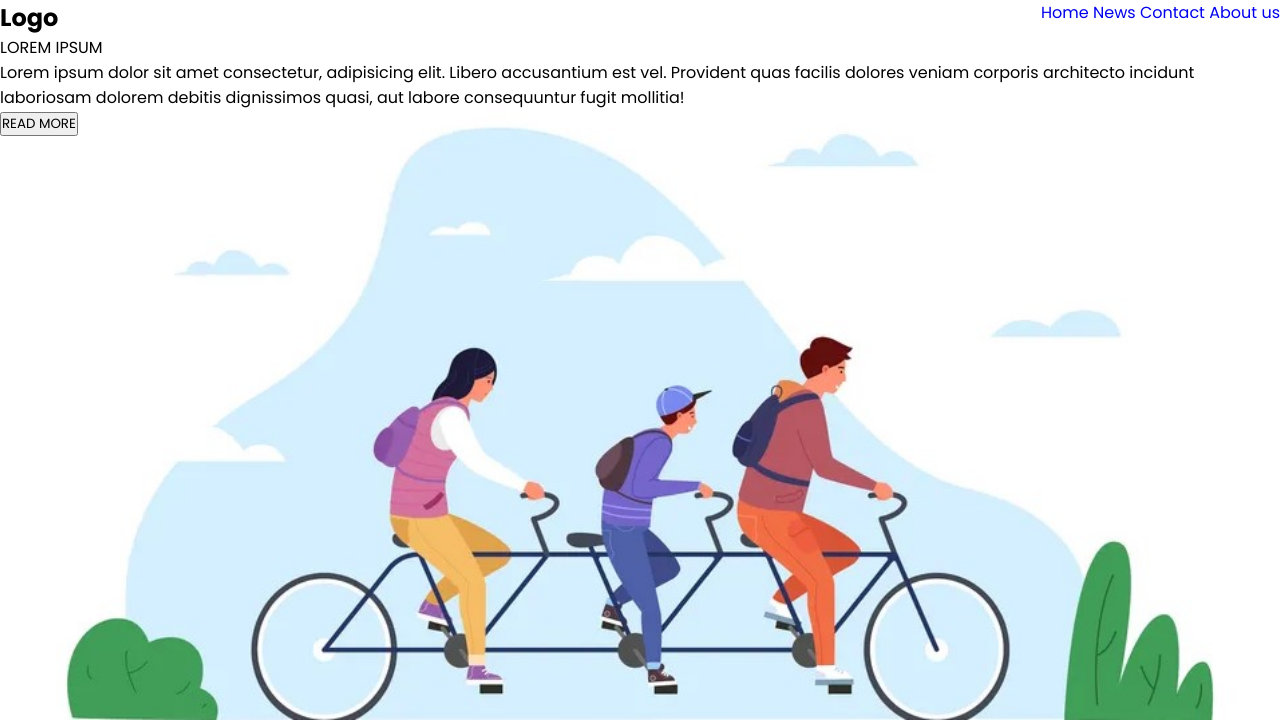
Repository: nganha241/1806
Page: index.html
The author's editor kept a copy of each file at every save. The page is drawn from the files as they stood at one save, then again after the next save.
The browser window is 1280 px wide. The pictures show the whole page.

Above is the page before, as saved 2022-06-18 15:32:59.

### index.html
<!DOCTYPE html>
<html lang="en">
  <head>
    <meta charset="UTF-8" />
    <meta http-equiv="X-UA-Compatible" content="IE=edge" />
    <meta name="viewport" content="width=device-width, initial-scale=1.0" />
    <title>Document</title>
    <link rel="stylesheet" href="style.css" />
  </head>
  <body>
    <section>
      <header>
        <div class="logo">
          <h2>Logo</h2>
        </div>
        <div class="navigation">
          <a href="#">Home</a>
          <a href="#">News</a>
          <a href="#">Contact</a>
          <a href="#">About us</a>
        </div>
      </header>
      <div class="content">
        <div class="title">LOREM IPSUM</div>
        <p>
          Lorem ipsum dolor sit amet consectetur, adipisicing elit. Libero
          accusantium est vel. Provident quas facilis dolores veniam corporis
          architecto incidunt laboriosam dolorem debitis dignissimos quasi, aut
          labore consequuntur fugit mollitia!
        </p>
        <button class="btn-more">READ MORE</button>
      </div>
    </section>
  </body>
</html>

### style.css
@import url('https://fonts.googleapis.com/css2?family=Poppins:wght@300;400;500;600;700;800;900&display=swap');

* {
    box-sizing: border-box;
    padding: 0;
    margin: 0;
    font-family: 'Poppins', sans-serif;
}

a {
    text-decoration: none;
}

section {
    width: 100%;
    min-height: 100vh;
    display: flex;
    flex-direction: column;
    justify-content: flex-start;
    background: url('./bg.jpg');
    background-size: cover;
    background-position: center;
}

section header {
    display: flex;
    justify-content: space-between;
}

After the next save:
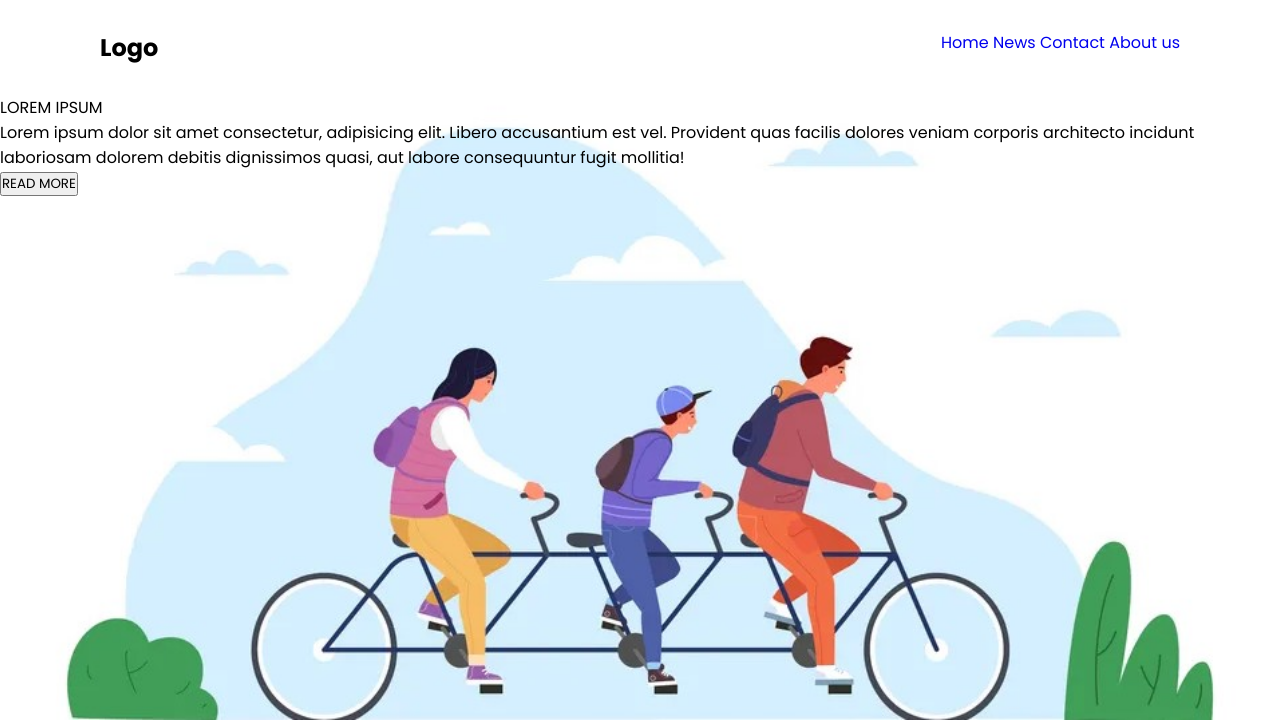
Saved 15 s later.
--- a/style.css
+++ b/style.css
@@ -23,6 +23,7 @@ section {
 }
 
 section header {
+    margin: 30px 100px;
     display: flex;
     justify-content: space-between;
 }
